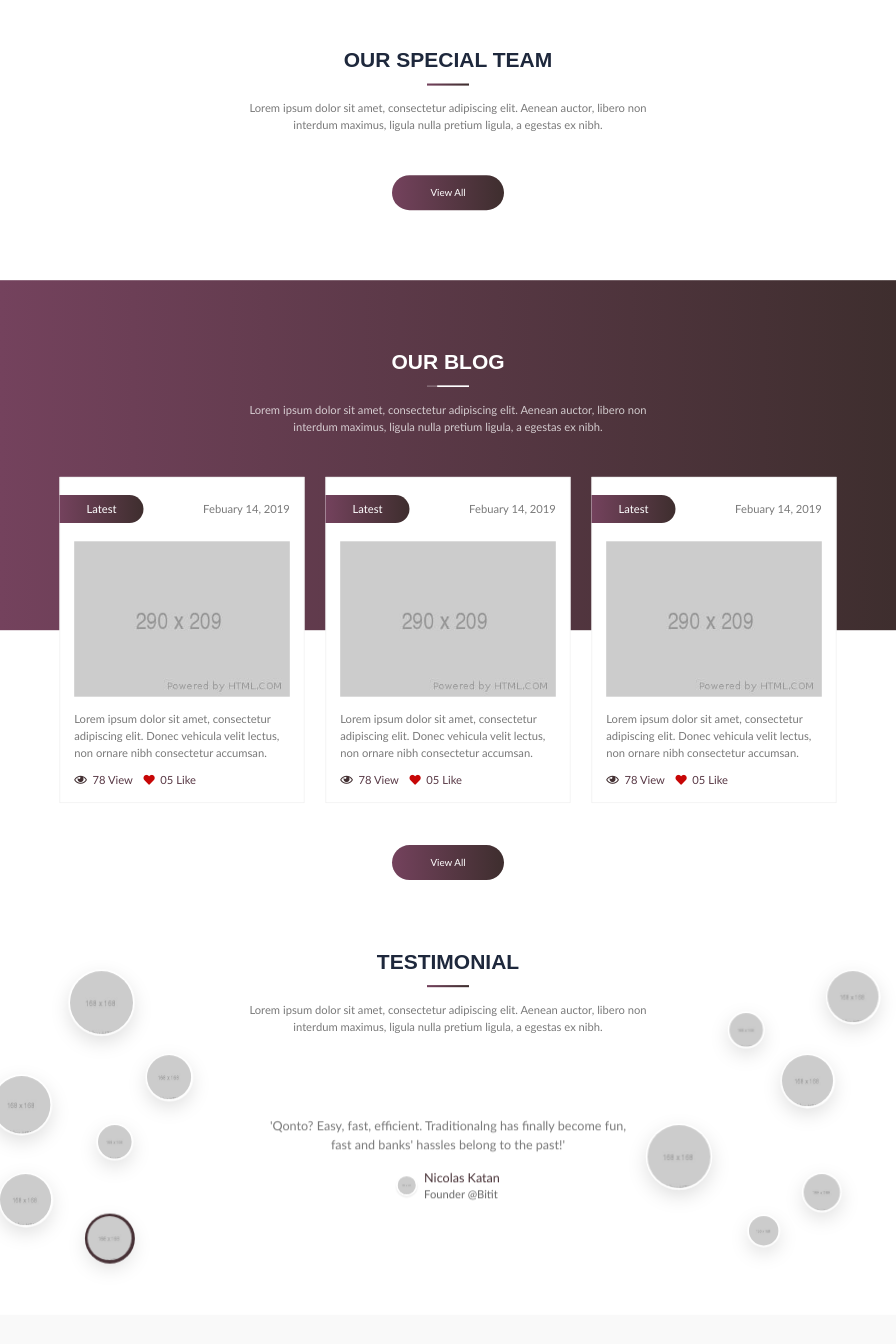
Repository: maqsudov0371/vazifa7oy10dars
Page: http://localhost/
The author's editor kept a copy of each file at every save. The page is drawn from the files as they stood at one save, then again after the next save.
The browser window is 1280 px wide. The pictures show the part of the page from y = 3586 to 5506 px (the page is 6748 px tall before and 7058 px after), at 70% of full size.
Backgrounds fixed to the window are drawn as part of the page. Some web fonts or font styles are not loaded; a fallback is used. The page is served by the project's application, run on Django 4.2 (manage.py). The page reads the database file committed with the project. Queries for data that is not in the repository find no rows.

Above is the page before, as saved 2024-09-11 15:23:37.

After the next save:
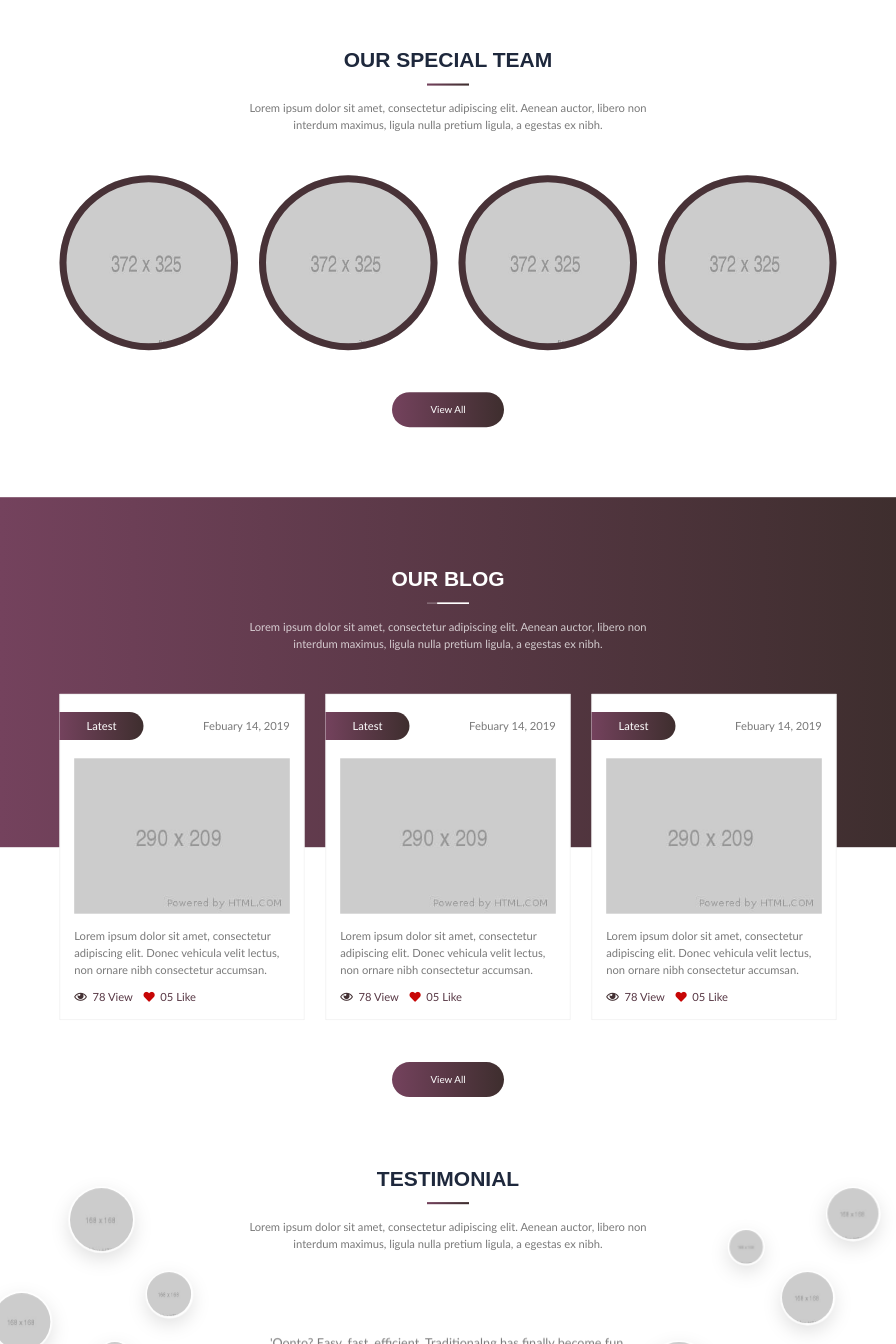
Saved 49 s later.
--- a/main/templates/main/components/_team_wrapper.html
+++ b/main/templates/main/components/_team_wrapper.html
@@ -8,28 +8,82 @@
                             <br>interdum maximus, ligula nulla pretium ligula, a egestas ex nibh.</p>
                     </div>
                 </div>
-                {% for teacher in teachers %}
-                    <div class="col-xl-3 col-lg-3 col-md-6 col-sm-6 col-12 self_align_center">
-                        <div class="edu_team_main_box">
-                            <h3><a href="#">{{ teacher.name }}</a></h3>
-                            <p>{{ teacher.title }}</p>
-                            <ul>
-                                <li><a href="#"><i class="fab fa-facebook-f"></i></a>
-                                </li>
-                                <li><a href="#"><i class="fab fa-twitter"></i></a>
-                                </li>
-                                <li><a href="#"><i class="fab fa-youtube"></i></a>
-                                </li>
-                                <li><a href="#"><i class="fab fa-linkedin-in"></i></a>
-                                </li>
-                            </ul>
-                            <div class="edu_team_inner_box">
-                                <img src="{{ teacher.image.url }}" alt="img">
-                            </div>
+                <div class="col-xl-3 col-lg-3 col-md-6 col-sm-6 col-12 self_align_center">
+                    <div class="edu_team_main_box">
+                        <h3><a href="#">Jacklen Fandores</a></h3>
+                        <p>Web Designer</p>
+                        <ul>
+                            <li><a href="#"><i class="fab fa-facebook-f"></i></a>
+                            </li>
+                            <li><a href="#"><i class="fab fa-twitter"></i></a>
+                            </li>
+                            <li><a href="#"><i class="fab fa-youtube"></i></a>
+                            </li>
+                            <li><a href="#"><i class="fab fa-linkedin-in"></i></a>
+                            </li>
+                        </ul>
+                        <div class="edu_team_inner_box">
+                            <img src="/static/images/it1.jpg" alt="img">
                         </div>
                     </div>
-                {% endfor %}
-
+                </div>
+                <div class="col-xl-3 col-lg-3 col-md-6 col-sm-6 col-12 self_align_center">
+                    <div class="edu_team_main_box">
+                        <h3><a href="#">Jacklen Fandores</a></h3>
+                        <p>Web Designer</p>
+                        <ul>
+                            <li><a href="#"><i class="fab fa-facebook-f"></i></a>
+                            </li>
+                            <li><a href="#"><i class="fab fa-twitter"></i></a>
+                            </li>
+                            <li><a href="#"><i class="fab fa-youtube"></i></a>
+                            </li>
+                            <li><a href="#"><i class="fab fa-linkedin-in"></i></a>
+                            </li>
+                        </ul>
+                        <div class="edu_team_inner_box">
+                            <img src="/static/images/it2.jpg" alt="img">
+                        </div>
+                    </div>
+                </div>
+                <div class="col-xl-3 col-lg-3 col-md-6 col-sm-6 col-12 self_align_center">
+                    <div class="edu_team_main_box">
+                        <h3><a href="#">Jacklen Fandores</a></h3>
+                        <p>Web Designer</p>
+                        <ul>
+                            <li><a href="#"><i class="fab fa-facebook-f"></i></a>
+                            </li>
+                            <li><a href="#"><i class="fab fa-twitter"></i></a>
+                            </li>
+                            <li><a href="#"><i class="fab fa-youtube"></i></a>
+                            </li>
+                            <li><a href="#"><i class="fab fa-linkedin-in"></i></a>
+                            </li>
+                        </ul>
+                        <div class="edu_team_inner_box">
+                            <img src="/static/images/it3.jpg" alt="img">
+                        </div>
+                    </div>
+                </div>
+                <div class="col-xl-3 col-lg-3 col-md-6 col-sm-6 col-12 self_align_center">
+                    <div class="edu_team_main_box">
+                        <h3><a href="#">Jacklen Fandores</a></h3>
+                        <p>Web Designer</p>
+                        <ul>
+                            <li><a href="#"><i class="fab fa-facebook-f"></i></a>
+                            </li>
+                            <li><a href="#"><i class="fab fa-twitter"></i></a>
+                            </li>
+                            <li><a href="#"><i class="fab fa-youtube"></i></a>
+                            </li>
+                            <li><a href="#"><i class="fab fa-linkedin-in"></i></a>
+                            </li>
+                        </ul>
+                        <div class="edu_team_inner_box">
+                            <img src="/static/images/it4.jpg" alt="img">
+                        </div>
+                    </div>
+                </div>
                 <div class="col-md-12">
                     <div class="edu_bottom_btn_wrapper float_left"> <a href="#">View All</a>
                     </div>
